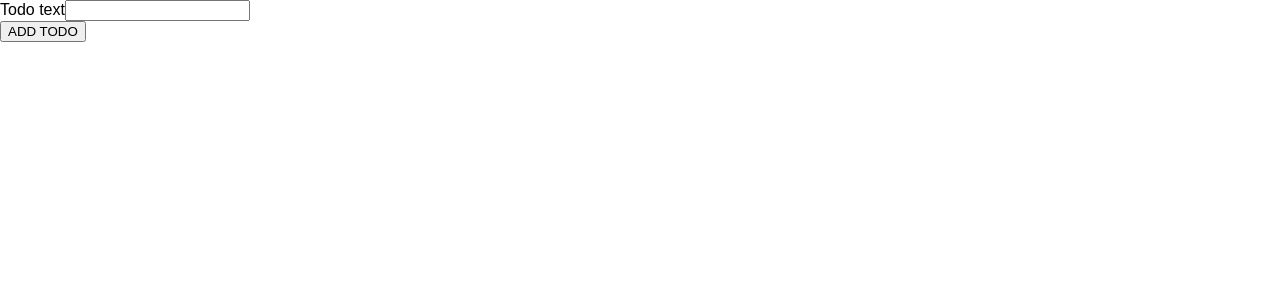
Repository: taidaid/typescript-react
Page: /
An editor plug-in stored every save of this project. The page is shown before and after the next save, followed by the edit.
The browser window is 1280 px wide. The pictures show the whole page.
The project was rebuilt for these pictures with package versions that can differ from the ones it lists, and the page was loaded fresh each time.

Above is the page before, as saved 2020-05-25 15:56:30.

### src/App.tsx
import React, { useState } from "react";
import TodoList from "./components/TodoList";
import NewTodo from "./components/NewTodo";
import { Todo } from "./interfaces/todo.interface";

const App: React.FC = () => {
  const [todos, setTodos] = useState<Todo[]>([]);

  const todoAddHandler = (text: string) => {
    console.log(text);
    setTodos((prevTodos: Todo[]) => [
      ...prevTodos,
      { id: Math.random().toString(), text },
    ]);
  };

  const todoDeleteHandler = (todoId: string) => {
    setTodos((prevTodos: Todo[]) =>
      prevTodos.filter((todo) => todo.id !== todoId)
    );
  };

  return (
    <div className="App">
      <NewTodo todoAddHandler={todoAddHandler} />
      <TodoList items={todos} todoDeleteHandler={todoDeleteHandler} />
    </div>
  );
};

export default App;

### src/components/TodoList.tsx
import React from "react";
import { Todo } from "../interfaces/todo.interface";

interface TodoListProps {
  items: Todo[];
  todoDeleteHandler: (id: string) => void;
}

const TodoList: React.FC<TodoListProps> = ({ items, todoDeleteHandler }) => {
  return (
    <ul>
      {items.map((item) => (
        <li key={item.id}>
          <span>{item.text}</span>
          <button onClick={() => todoDeleteHandler(item.id)}>DELETE</button>
        </li>
      ))}
    </ul>
  );
};

export default TodoList;

### src/components/NewTodo.tsx
import React, { useRef } from "react";
interface NewTodoProps {
  todoAddHandler: (text: string) => void;
}
const NewTodo: React.FC<NewTodoProps> = ({ todoAddHandler }) => {
  const textInputRef = useRef<HTMLInputElement>(null);

  const todoSubmitHandler = (event: React.FormEvent) => {
    event.preventDefault();
    const enteredText = textInputRef.current!.value;
    console.log(enteredText);
    todoAddHandler(enteredText);
  };

  return (
    <form onSubmit={todoSubmitHandler}>
      <div>
        <label htmlFor="todo-text">Todo text</label>
        <input type="text" id="todo-text" ref={textInputRef} />
      </div>
      <button type="submit">ADD TODO</button>
    </form>
  );
};

export default NewTodo;

Loaded but not shown: public/index.html (common file); src/index.tsx (common file); src/index.css (common file); src/components/NewTodo.styles.css (common file)

After the next save:
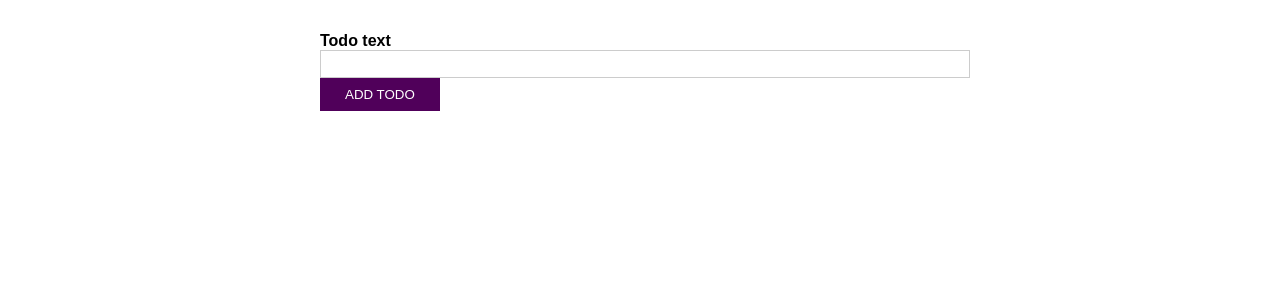
Saved 17 s later.
--- a/src/components/NewTodo.tsx
+++ b/src/components/NewTodo.tsx
@@ -1,4 +1,6 @@
 import React, { useRef } from "react";
+import "./NewTodo.styles.css";
+
 interface NewTodoProps {
   todoAddHandler: (text: string) => void;
 }
